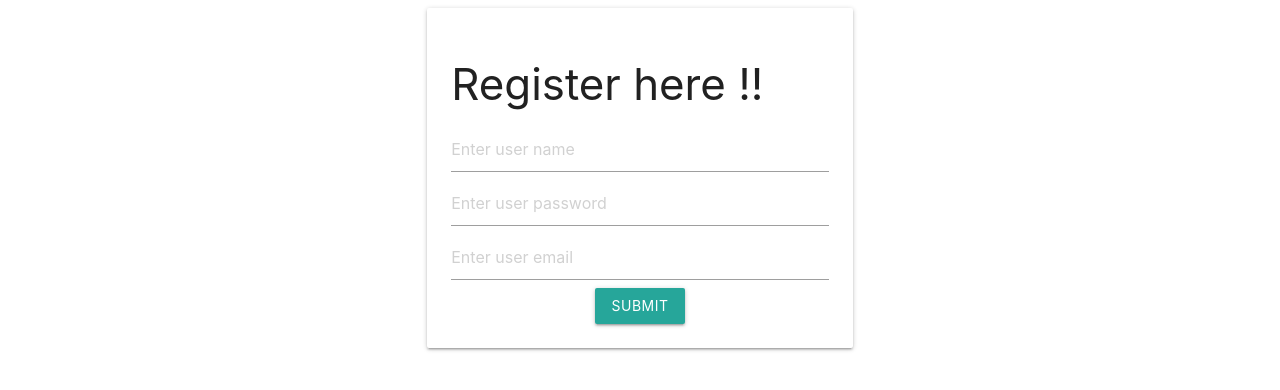
Repository: ShaileshMishr/Javanew
Page: http://localhost/Register/signup.jsp
These files come from the project's save history. The page is drawn as it stood at one moment and after the next save; the edit follows.
The browser window is 1280 px wide. The pictures show the whole page.
The page is served by Tomcat 10.

Above is the page before, as saved 2023-10-11 21:32:06.

After the next save:
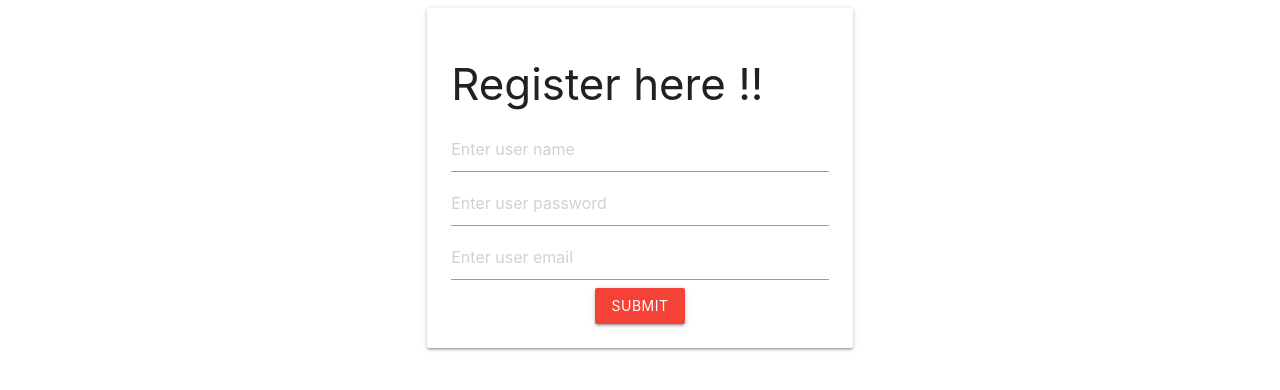
Saved 13 s later.
--- a/Register/src/main/webapp/signup.jsp
+++ b/Register/src/main/webapp/signup.jsp
@@ -29,7 +29,7 @@
 <input type="password" name="user_password" placeholder="Enter user password" />
 <input type="email" name="user_email" placeholder="Enter user email" />
 
-<button type="submit" class="btn">Submit</button>
+<button type="submit" class="btn red">Submit</button>
 </form>
 
 <div class="loader">
